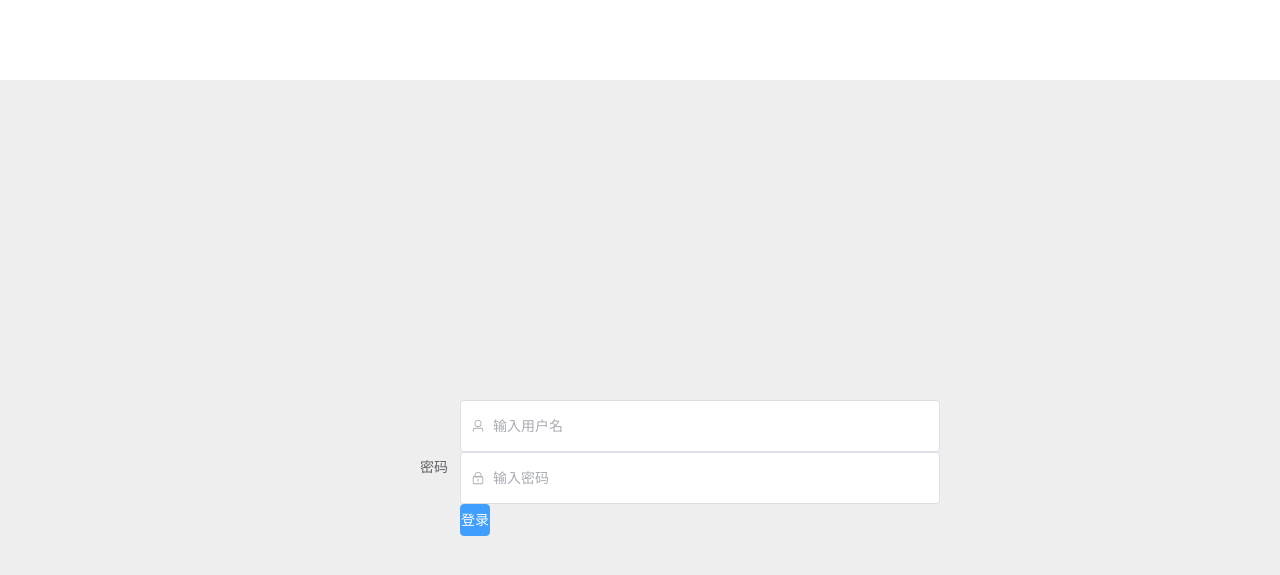
Repository: secret47/test-office-demo
Page: /
An editor plug-in stored every save of this project. The page is shown before and after a run of saves, followed by the edit.
The browser window is 1280 px wide. The pictures show the whole page.
The project was rebuilt for these pictures with package versions that can differ from the ones it lists, and the page was loaded fresh each time. Also part of the build but not shown: vite.config.js.

Above is the page before, as saved 2024-10-28 11:44:33.

After the next 2 saves:
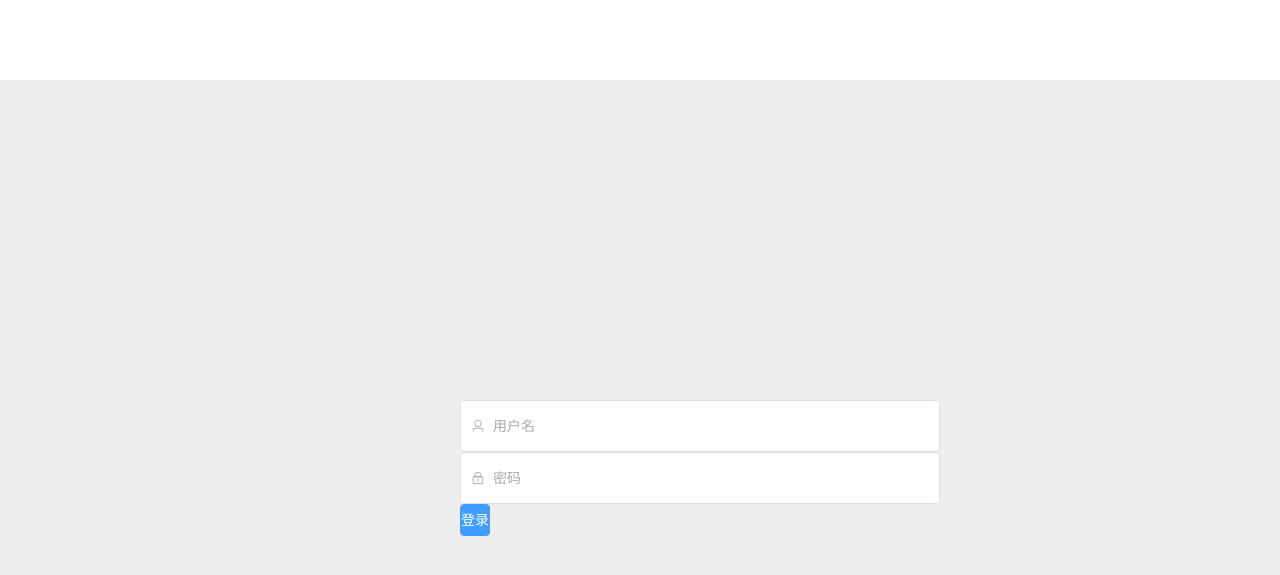
The 2 saves are shown as one change because they came seconds apart.
The last was saved 31 s later.
--- a/src/views/login.vue
+++ b/src/views/login.vue
@@ -7,10 +7,10 @@
         <div class="loginBox">
             <el-form :model="userInfo" label-width="120px">
                 <el-form-item>
-                    <el-input v-model="userInfo.username" placeholder="输入用户名" prefix-icon="user" />
+                    <el-input v-model="userInfo.username" :placeholder="$t('username')" prefix-icon="user" />
                 </el-form-item>
-                <el-form-item :label="$t('password')">
-                    <el-input v-model="userInfo.password" placeholder="输入密码" type="password" show-password
+                <el-form-item>
+                    <el-input v-model="userInfo.password" :placeholder="$t('password')" type="password" show-password
                         prefix-icon="lock" />
                 </el-form-item>
                 <el-form-item>
